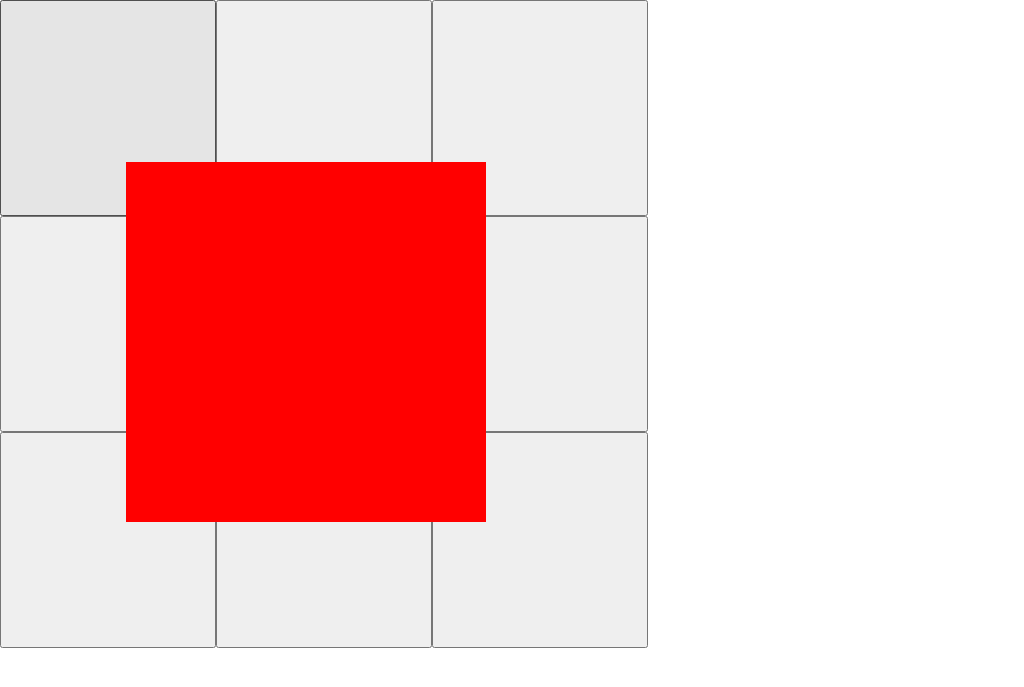
Repository: napan24/tic-tac-toe
Page: /
An editor plug-in stored every save of this project. The page is shown before and after the next save, followed by the edit.
The browser window is 1024 px wide. The pictures show the whole page.
The project was rebuilt for these pictures with package versions that can differ from the ones it lists, and the page was loaded fresh each time. Also part of the build but not shown: src/App.css.

Above is the page before, as saved 2022-06-14 17:06:46.

### src/App.js
import {useEffect} from 'react';
import logo from './logo.svg';
import './App.css';
import { FontAwesomeIcon } from '@fortawesome/react-fontawesome';
import { faXmark } from '@fortawesome/free-solid-svg-icons';
import { faCircle } from '@fortawesome/free-regular-svg-icons';
import './tik.css';
import { useState } from 'react';
import cross from './cross.jpeg';
import circle from './circle.png';
/* <FontAwesomeIcon icon={faXmark} size="5x" /> */
/* <FontAwesomeIcon icon={faCircle} size="5x"/> */

// const cl=event.currentTarget.id;
// const el = document.getElementById(cl);
// el.append(a);
function App() {
  const [board,setBoard]=useState([[" "," "," "],[" "," "," "],[" "," "," "]]);
  const [curr,setCurr]=useState(false);
  const [c,setC]=useState(null);
  const [row,setRow]=useState(0);
  const [col,setCol]=useState(0);
  const [win,setWin]=useState(false);
  function update(r,c){
    setBoard((prevstate)=>{
      let newBoard=[...prevstate];
      newBoard[r][c]=curr?"/":"+";
      return newBoard;
    });
    setRow(r);
    setCol(c);
  }
  useEffect(() => {
    func();
  }, [board])
  // useEffect(() => {

  // }, [win])

  function func(){
    if(board[row][col]===" "){
      return;
    }
    let count=0;
    let i=row;
    while(i<3){
      if(board[i][col]==board[row][col]){
        count++;
      }
      i++;
    }
    if(count==3){
      console.log('a');
      setWin(true);
    }
    count--;
    i=row;
    while(i>=0){
      if(board[i][col]==board[row][col]){
        count++;
      }
      i--;
    }
    console.log(count);
    if(count==3){
      console.log('a');
      setWin(true);
    }
    let j=col;
    count=0;
    while(j<3){
      if(board[row][j]==board[row][col]){
        count++;
      }
      j++;
    }
    if(count==3){
      console.log('a');
      setWin(true);
    }
    count--;
    j=col;
    while(j>=0){
      if(board[row][j]==board[row][col]){
        count++;
      }
      j--;
    }
    console.log(count);
    if(count==3){
      console.log('a');
      setWin(true);
    }
  }
  const handleClick = event => {
    const cl=event.currentTarget.id;
    document.getElementById(cl).style.background =curr?"url("+cross+")":"url("+circle+")";
    document.getElementById(cl).style.backgroundSize="cover";
    document.getElementById(cl).style.backgroundRepeat="no-repeat";
    let a;
    if(cl=="r1column1"){
      update(0,0);
    }
    if(cl=="r1column2"){
      update(0,1);
    }
    if(cl=="r1column3"){
      update(0,2);
    }
    if(cl=="r2column1"){
      update(1,0);
    }
    if(cl=="r2column2"){
      update(1,1);
    }
    if(cl=="r2column3"){
      update(1,2);
    }
    if(cl=="r3column1"){
      update(2,0);
    }
    if(cl=="r3column2"){
      update(2,1);
    }
    if(cl=="r3column3"){
      update(2,2);
    }
    setCurr(!curr);
  };
  const box={
    height:"30vmin",
    width:"30vmin"
  }
  return (
    <>
    <div id="mainblock">
      <div id="win" style={{backgroundColor:"red",height:"50vmin",width:"50vmin",position:"absolute",right:"25%",top:"25%"}}>
      </div>
      <div id="row1" style={{ display: "flex", justifyContent: "center", alignContent: "center" }}>
        <button id="r1column1" onClick={handleClick} style={box}></button>
        <button id="r1column2" onClick={handleClick} style={box}></button>
        <button id="r1column3" onClick={handleClick} style={box}></button>
      </div>
      <div id="row2" style={{ display: "flex", justifyContent: "center", alignContent: "center" }}>
        <button id="r2column1" onClick={handleClick} style={box}></button>
        <button id="r2column2" onClick={handleClick} style={box}></button>
        <button id="r2column3" onClick={handleClick} style={box}></button>
      </div>
      <div id="row" style={{ display: "flex", justifyContent: "center", alignContent: "center" }}>
        <button id="r3column1" onClick={handleClick} style={box}></button>
        <button id="r3column2" onClick={handleClick} style={box}></button>
        <button id="r3column3" onClick={handleClick} style={box}></button>
      </div>
    </div>
    </>
  );
}

export default App;

### src/tik.css
@media (max-width:500px) {
    #mainblock{
        position:relative;
        left:2vw;
        display: inline-block;
    }
}
@media (max-width:2560px) and (min-width:1601px){
    #mainblock{
        position: relative;
        left:20vw;
        display: inline-block;
    }
}
@media (max-width:1600px) and (min-width:1301px){
    #mainblock{
        position: relative;
        left:10vw;
        display: inline-block;
    }
}
@media (max-width:1300px) and (min-width:1175px){
    #mainblock{
        position: relative;
        left:2vw;
        display: inline-block;
    }
}
@media (max-width:1174px) and (min-width:501px){
    #mainblock{
        position: relative;
        left:0;
        display: inline-block;
    }
}

Loaded but not shown: public/index.html (common file); src/index.js (common file); src/index.css (common file); src/reportWebVitals.js (common file)

After the next save:
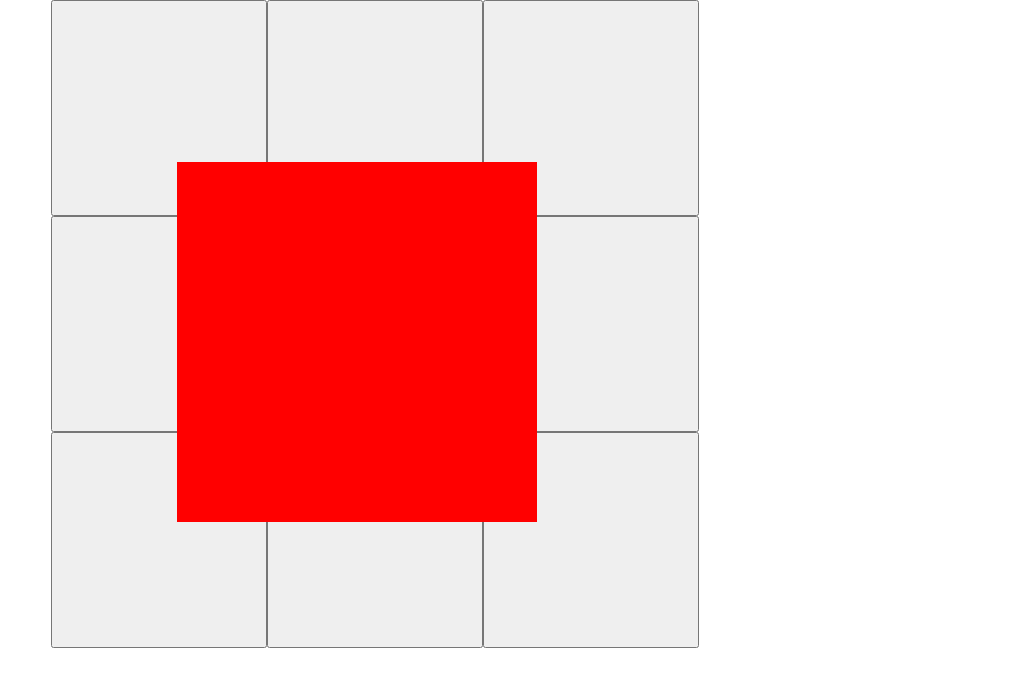
Saved 24 s later.
--- a/src/tik.css
+++ b/src/tik.css
@@ -29,7 +29,7 @@
 @media (max-width:1174px) and (min-width:501px){
     #mainblock{
         position: relative;
-        left:0;
+        left:5vw;
         display: inline-block;
     }
 }
